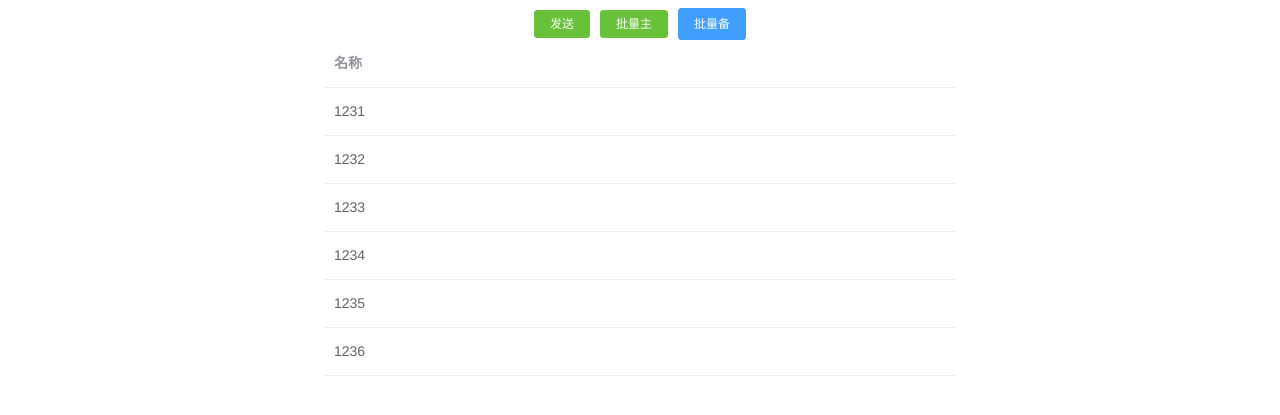
Repository: faintout/BHMQTTSendTool
Page: /
These files come from the project's save history. The page is drawn as it stood at one moment and after the next save; the edit follows.
The browser window is 1280 px wide. The pictures show the whole page.
The project was rebuilt for these pictures with package versions that can differ from the ones it lists, and the page was loaded fresh each time. Also part of the build but not shown: vue.config.js. Imported but missing from the stored project, and not drawn on this page: src/views/About.vue.

Above is the page before, as saved 2020-08-26 14:01:07.

### public/index.html
<!DOCTYPE html>
<html lang="en">
  <head>
    <meta charset="utf-8">
    <meta http-equiv="X-UA-Compatible" content="IE=edge">
    <meta name="viewport" content="width=device-width,initial-scale=1.0">
    <link rel="stylesheet" href="">
    <title></title>
  </head>
  <body>
    <div id="app">

    </div>
    <!-- built files will be auto injected -->
  </body>
</html>

### src/main.js
import Vue from 'vue'
import App from './App.vue'
import router from './router'
import $ from 'jquery'
import ElementUi from 'element-ui'
import 'element-ui/lib/theme-chalk/index.css'
import 'element-ui/lib/theme-chalk/reset.css'

Vue.config.productionTip = false
Vue.use(ElementUi)
new Vue({
  router,
  render: h => h(App)
}).$mount('#app')

### src/views/Home.vue
<template>
  <div class="content">
      <title></title>
          <!-- 按钮模块 -->
    <div>
       <el-button type="success" size="mini">发送</el-button>
       <el-button type="success" size="mini">批量主</el-button>
       <el-button type="primary" size="small">批量备</el-button>
    </div>
      <el-table
      v-loading="tableLoading"
      :data="tableData"
       style="width: 50%;position: relative;left: calc(50% - 25%);">
      >
      <el-table-column
          prop="name"
          width="800"
        label="名称"
      >
      </el-table-column>
    <el-table-column
        label="切换源"
        width="150"

        >
        <template slot-scope="scope">
        <el-radio-group v-model="scope.row.enable">
            <el-radio :label="0" @click.native.prevent="changeItem('1')" >主</el-radio>
            <el-radio :label="1"
            @click.native="changItemRadio(scope.row.enable)"
            >备</el-radio>
     </el-radio-group>
        </template>
      </el-table-column>

      </el-table>

      <el-backtop target=".page-component__scroll .el-scrollbar__wrap"></el-backtop>
  </div>

</template>

<script>

export default {
  components:{},
  data(){
    return {
        //表格框加载
        tableLoading:false,
        tableData:[
            {
                id:1,
                name:'1231',
                enable:0,
                data:'333'
            },
            {
                id:2,
                name:'1232',
                enable:1,
                data:'333'
            },
            {
                id:3,
                name:'1233',
                enable:'1',
                data:'333'
            },
            {
                id:4,
                name:'1234',
                enable:'1',
                data:'333'
            },
            {
                id:5,
                name:'1235',
                enable:'1',
                data:'333'
            },
            {
                id:6,
                name:'1236',
                enable:'1',
                data:'333'
            }
        ]
    }
  },
  watch:{},
  computed:{

  },
  methods:{
      changeItem(item){
          console.log('item',item);
      },
      changItemRadio(item){
          console.log('itemzhixng ');
      },
      //获取所有数据
      getAllMqttData(){

      },
      //数据处理
      dataProcessing(){

      }

  },
  mounted(){
      console.log(this.tableData);
  },
  created(){},
}
</script>
<style lang="less" scoped>
</style>

Loaded but not shown: src/App.vue (common file); src/router/index.js (common file)

After the next save:
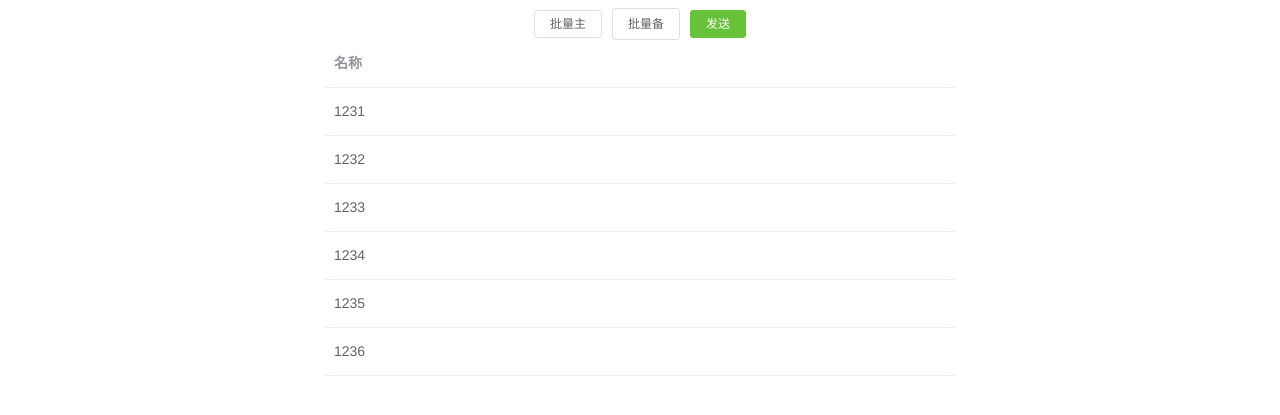
Saved 12 s later.
--- a/src/views/Home.vue
+++ b/src/views/Home.vue
@@ -3,9 +3,9 @@
       <title></title>
           <!-- 按钮模块 -->
     <div>
+       <el-button size="mini">批量主</el-button>
+       <el-button size="small">批量备</el-button>
        <el-button type="success" size="mini">发送</el-button>
-       <el-button type="success" size="mini">批量主</el-button>
-       <el-button type="primary" size="small">批量备</el-button>
     </div>
       <el-table
       v-loading="tableLoading"
